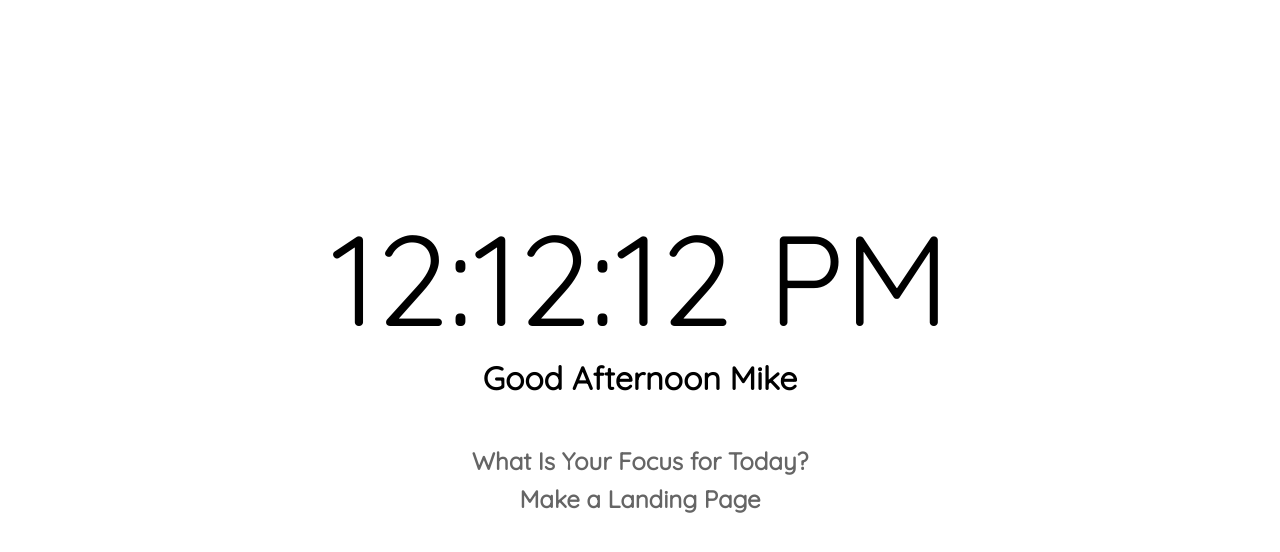
Repository: MikeTroianello/Landing-Page
Page: index.html
An editor plug-in stored every save of this project. The page is shown before and after the next save, followed by the edit.
The browser window is 1280 px wide. The pictures show the whole page.

Above is the page before, as saved 2019-06-19 23:37:07.
Console error: SyntaxError: Unexpected token 'function'

After the next save:
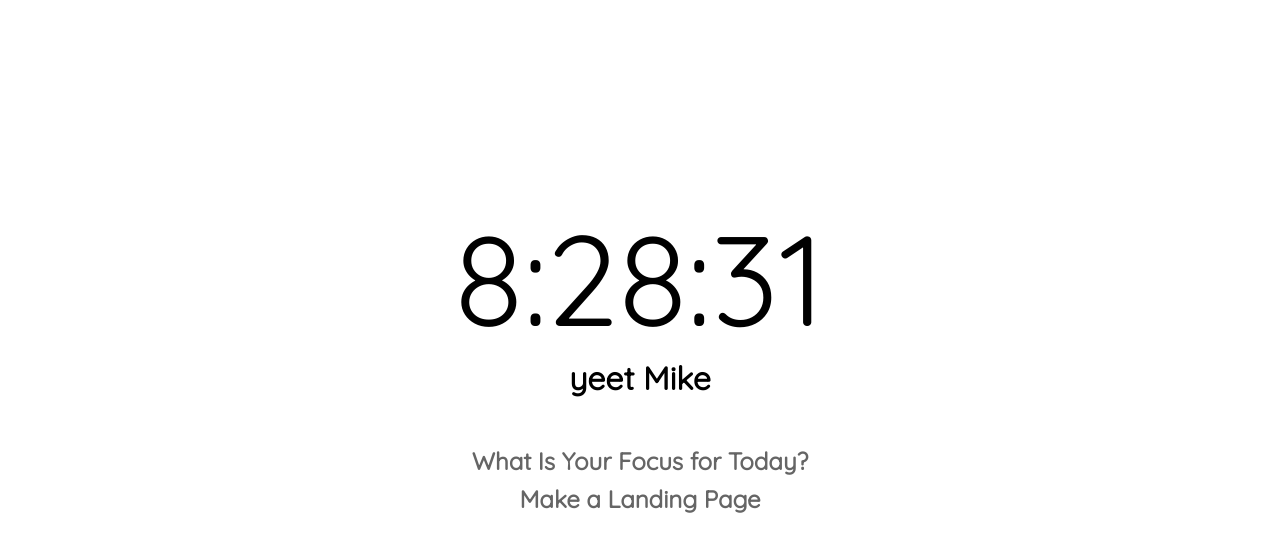
The error is gone.
Saved 45 s later.
--- a/main.js
+++ b/main.js
@@ -2,7 +2,7 @@
 const time = document.getElementById('time'),
   greeting = document.getElementById('greeting'),
   name = document.getElementById('name'),
-  focus = document.getElementById('focus'),
+  focus = document.getElementById('focus');
 
 //SHOW TIME
 
@@ -28,24 +28,23 @@ function showTime() {
 
 showTime();
 
-// function addZero(x) {
-//   return (x < 10 ? '0' : '') + x;
-// }
+function addZero(x) {
+  return (x < 10 ? '0' : '') + x;
+}
 
 //Background
 
-// function timeGreeting() {
-//   let today = new Date(),
-//     hour = today.getHours();
+function timeGreeting() {
+  let today = new Date(),
+    hour = today.getHours();
 
-//   if (hour > 17) {
-//     greeting.innerText = 'Good Evening,';
-//     documentbody.style.backgroundImage = 'url(./img/afternoon.jpg)';
-//   } else if (hour < 12) {
-//     greeting.innerText = 'Good Morning,';
-//   } else {
-//     greeting.innerText = 'Good Afternoon,';
-//   }
-// }
+  if (hour > 17) {
+    greeting.innerText = 'yeet';
+  } else if (hour < 12) {
+    //morning
+  } else {
+    //afternoon
+  }
+}
 
-// timeGreeting();
+timeGreeting();
